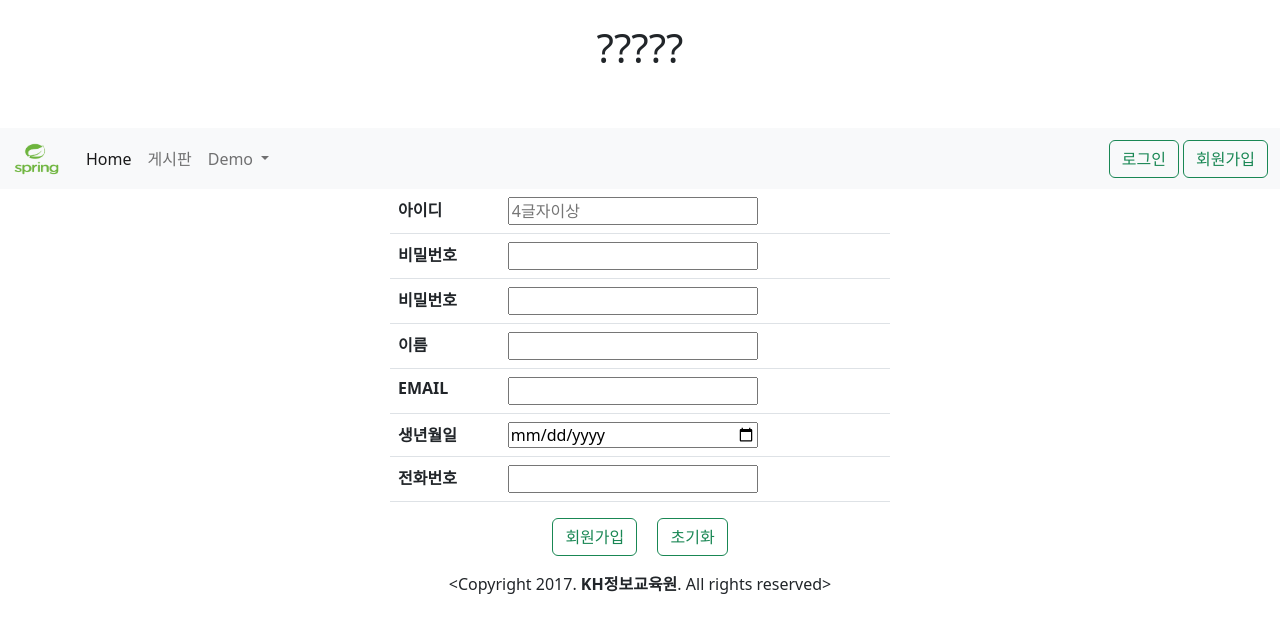
Repository: pcj0310/06_springWork
Page: http://localhost/springProject/WEB-INF/views/member/memberEnroll.jsp
An editor plug-in stored every save of this project. The page is shown before and after the next save, followed by the edit.
The browser window is 1280 px wide. The pictures show the whole page.
The page is served by Tomcat 9. Nobody is signed in. The template is opened directly, without the code that normally fills it, so the values that code supplies are empty.

Above is the page before, as saved 2023-06-16 01:16:58.

After the next save:
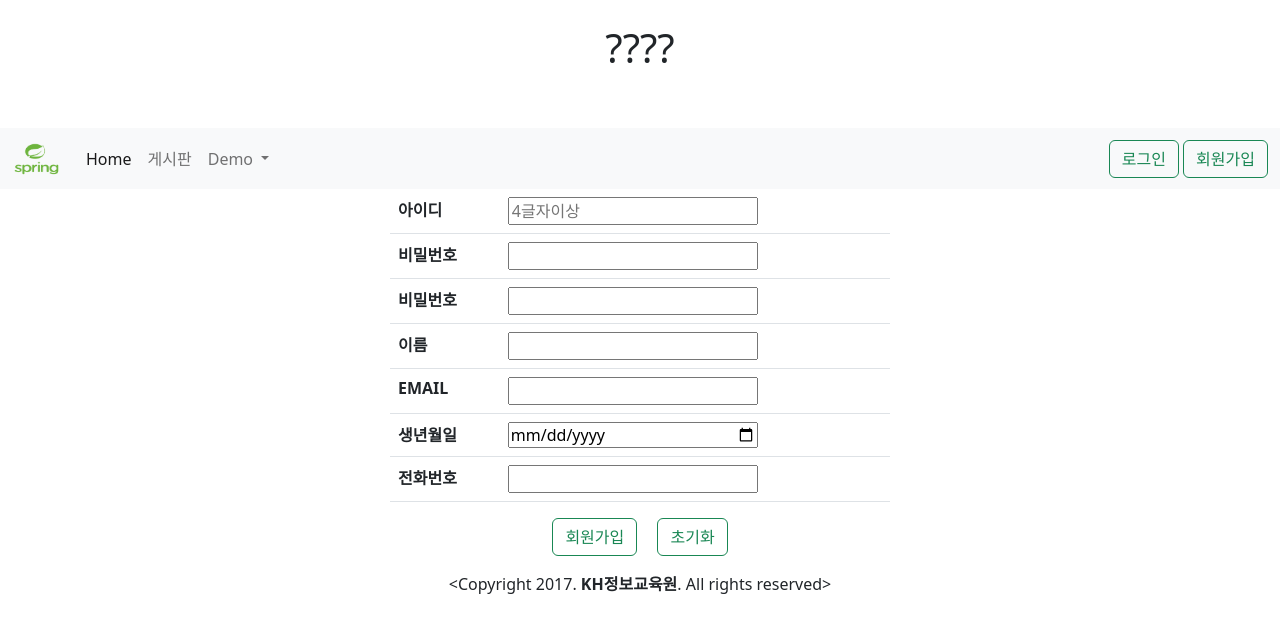
Saved 45 min 53 s later.
--- a/springProject/src/main/webapp/WEB-INF/views/member/memberEnroll.jsp
+++ b/springProject/src/main/webapp/WEB-INF/views/member/memberEnroll.jsp
@@ -6,9 +6,12 @@
 	#container{width:500px; margin:auto;}
 	th, td{height:30px;}
 	input {width: 250px;}
+	.guide {display:none;}
+	.ok{color:green;}
+	.error{color:red;}
 </style>
 <jsp:include page="/WEB-INF/views/common/header.jsp">
-	<jsp:param value="제목바꾸기" name="title"/>
+	<jsp:param value="회원가입" name="title"/>
 </jsp:include>
 	<div id="container">
 		<form action="${pageContext.request.contextPath}/member/memberEnroll.me" method="post" name="enrollfrm">
@@ -16,7 +19,9 @@
 				<tr>
 					<th scope="col">아이디</th>
 					<td scope="col">
-						<input name="userId" placeholder="4글자이상" required>
+						<input name="userId" placeholder="4글자이상" id="userId" required>
+						<span class="guide ok">아이디 사용가능</span>
+						<span class="guide error">아이디 사용불가</span>
 					</td>
 				</tr>
 				<tr>
@@ -60,4 +65,9 @@
 			<button type="reset" class="btn btn-outline-success">초기화</button>
 		</form>
 	</div>
+	<script type="text/javascript">
+		document.querySelector("#userId").addEventListener("keyup", (e) => {
+			console.log(e.target.value);
+		});
+	</script>
 <jsp:include page="/WEB-INF/views/common/footer.jsp" />
